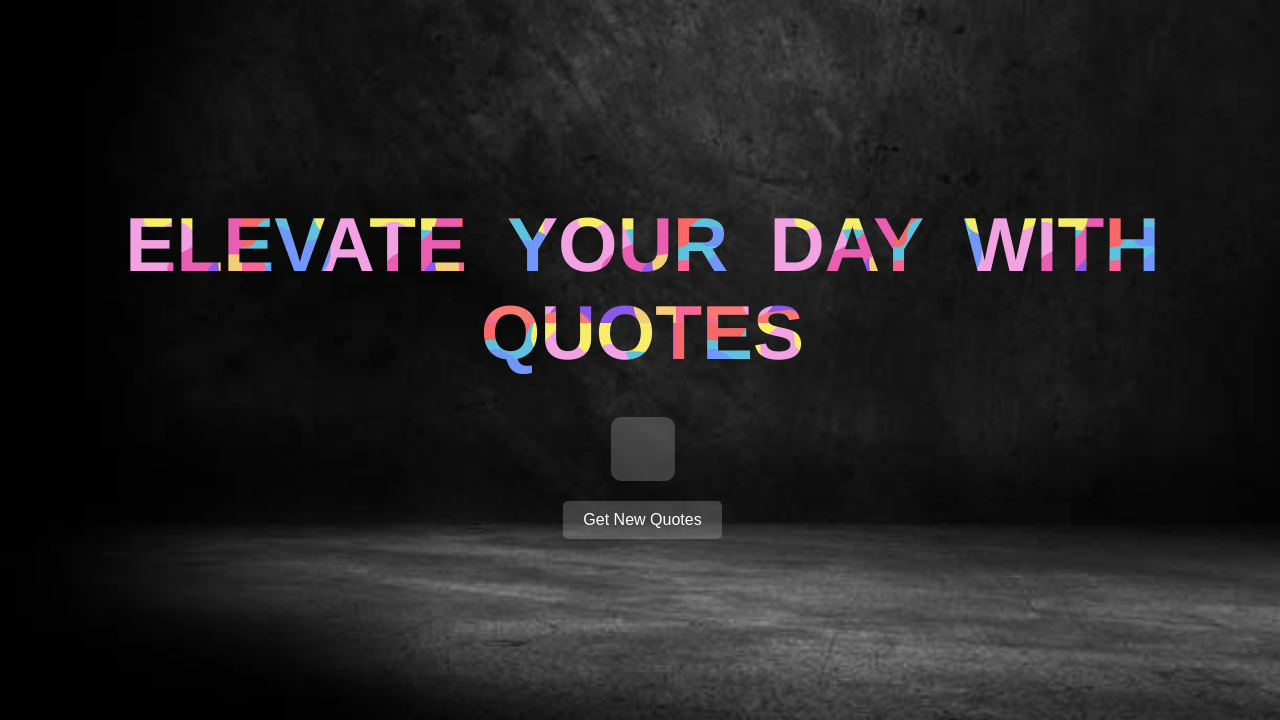
Repository: Bhavik-Sanghar/Quote-app
Page: /
An editor plug-in stored every save of this project. The page is shown before and after the next save, followed by the edit.
The browser window is 1280 px wide. The pictures show the whole page.
The pointer rests on the first visible `.quote-container h1`.
The page's requests for data from a server got no answer. The project was rebuilt for these pictures with package versions that can differ from the ones it lists, and the page was loaded fresh each time. No one was signed in, and anything a server would have sent is missing. Also part of the build but not shown: src/styles.css.

Above is the page before, as saved 2023-08-18 17:23:53.

After the next save:
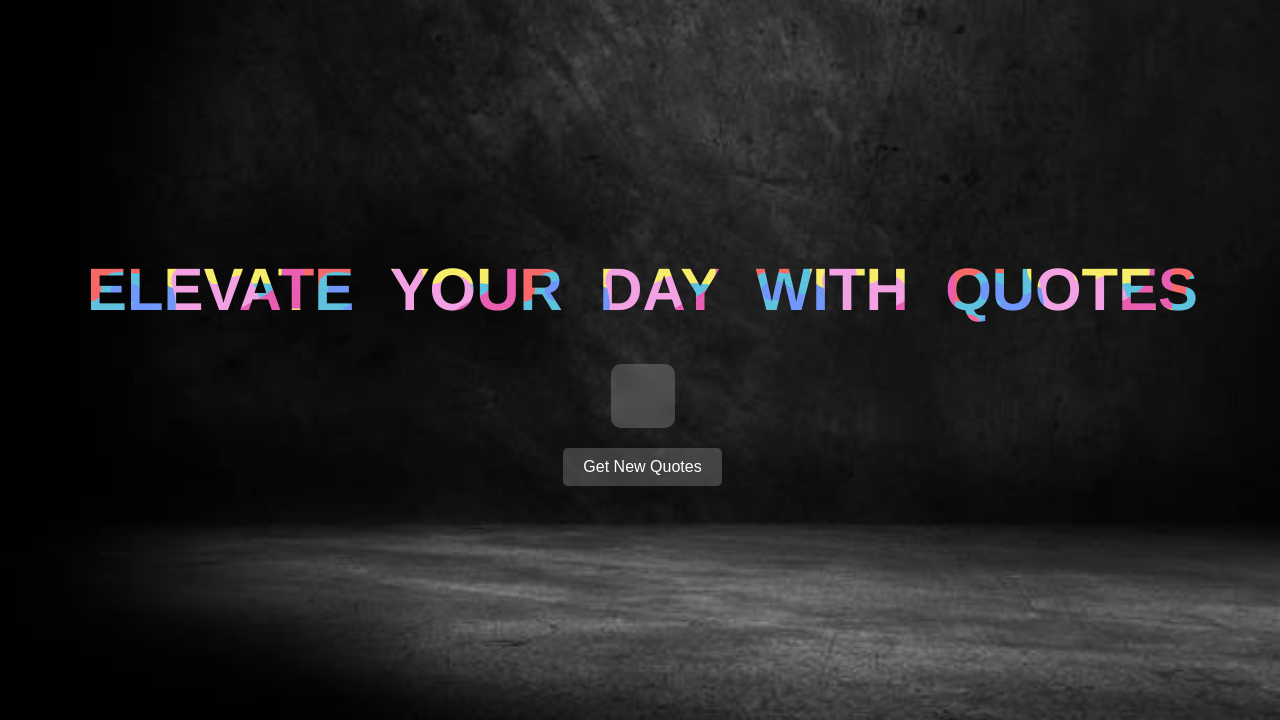
Saved 14 s later.
--- a/src/components/New.css
+++ b/src/components/New.css
@@ -46,7 +46,7 @@
   transition: color 0.3s ease-in-out;
 }
 .quote-container h1:hover {
-  font-size: 5.2em;
+  font-size: 4em;
   transition: font-size 2s ease-in-out;
 }
 
